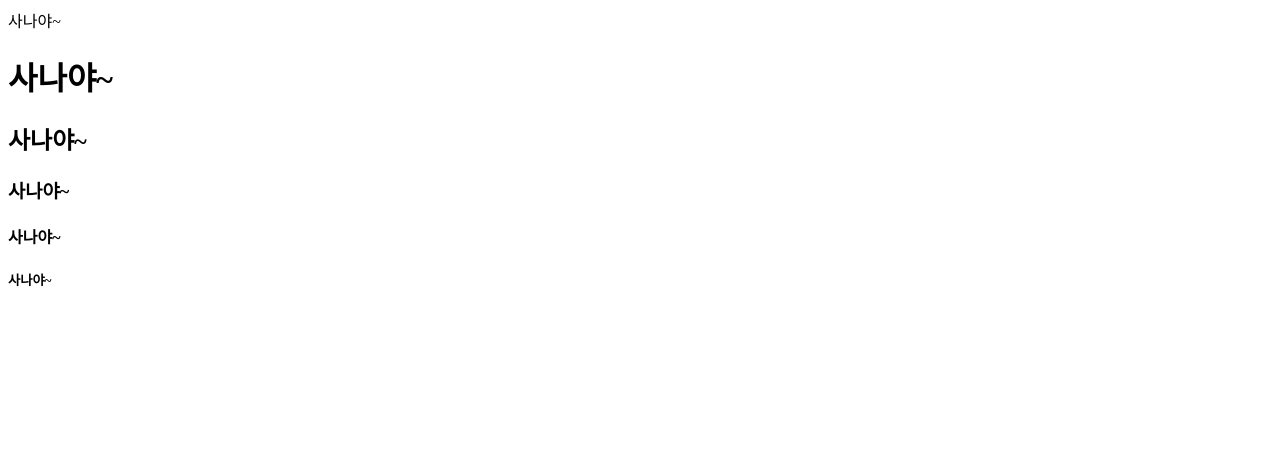
Repository: Hongjeongmin/university
Page: http://localhost/test/0913.jsp
These files come from the project's save history. The page is drawn as it stood at one moment and after the next save; the edit follows.
The browser window is 1280 px wide. The pictures show the whole page.
The page is served by Tomcat 9.

Above is the page before, as saved 2018-09-13 06:11:33.

After the next save:
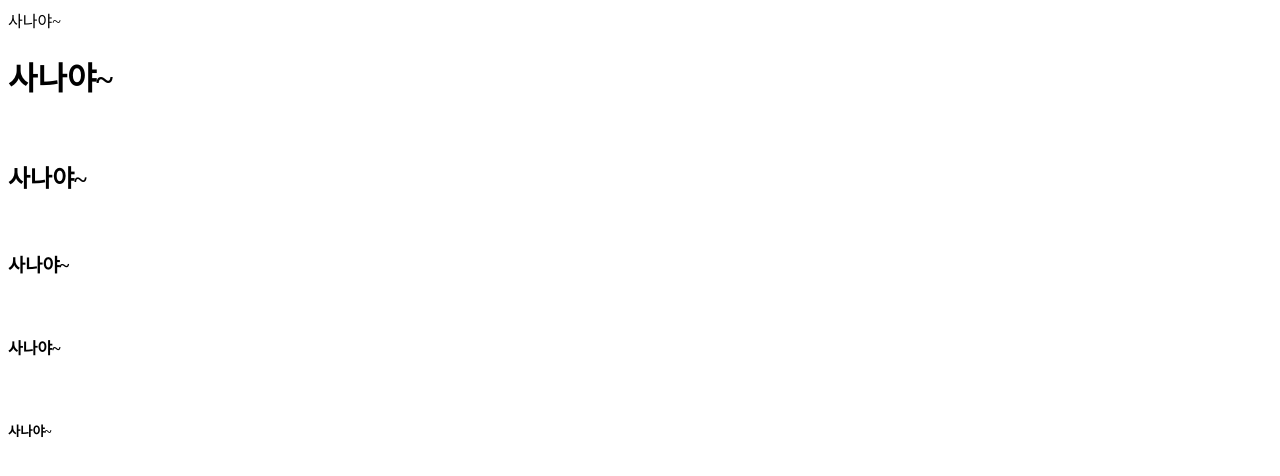
Saved 31 s later.
--- a/webprograming/test/test/WebContent/0913.jsp
+++ b/webprograming/test/test/WebContent/0913.jsp
@@ -10,7 +10,7 @@
 <%
 for(int i=0;i<6;i++)
 {
-	out.print("<h"+i+">사나야~"+"</h"+i+">");
+	out.print("<h"+i+">사나야~"+"</h"+i+"><br>");
 }
 %>
 </body>
